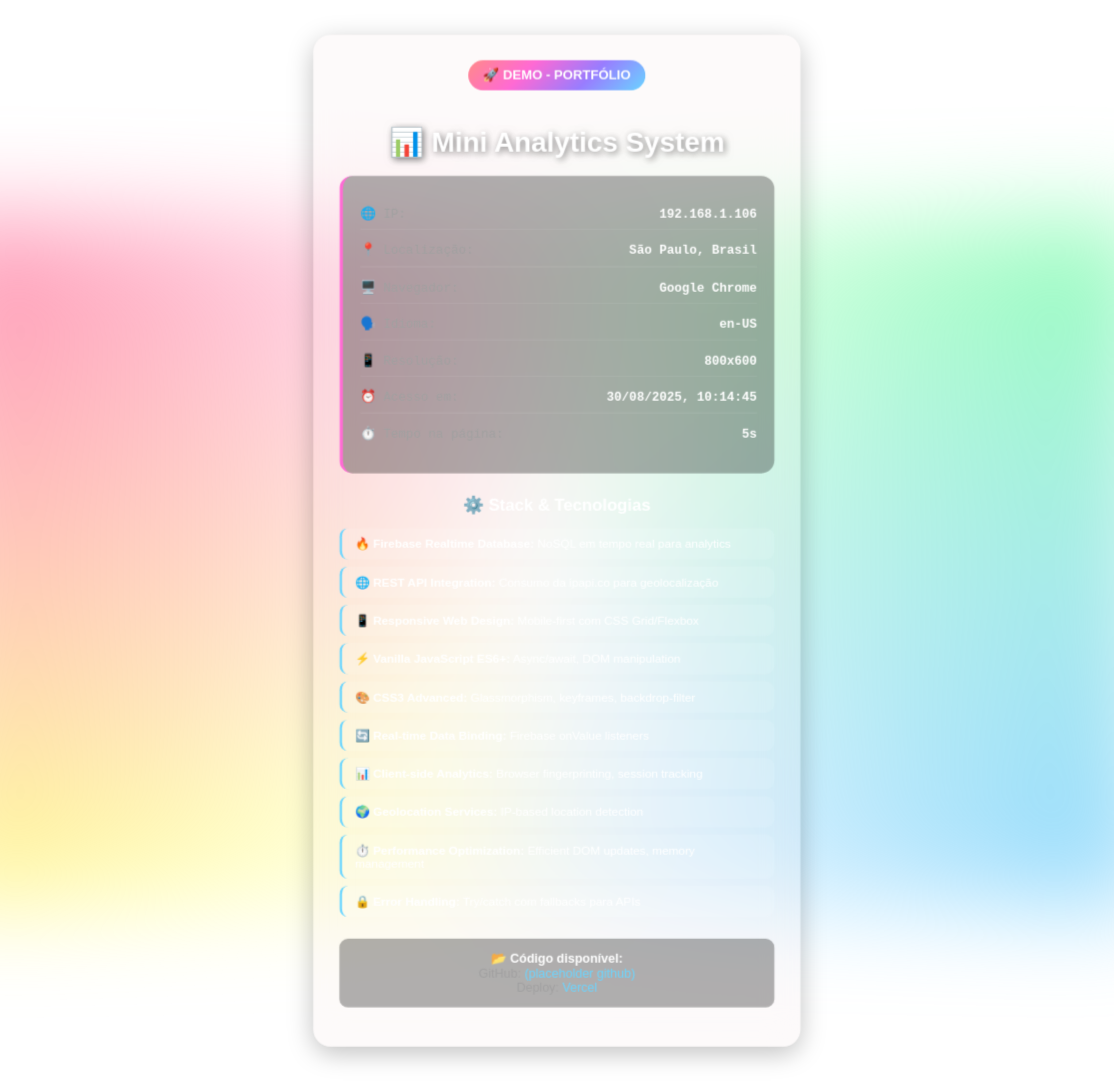
Repository: nardogod/mini-analytics
Page: mini.html
An editor plug-in stored every save of this project. The page is shown before and after the next save, followed by the edit.
The browser window is 1280 px wide. The pictures show the whole page, at 87% of full size.

Above is the page before, as saved 2025-08-30 10:44:01.

After the next save:
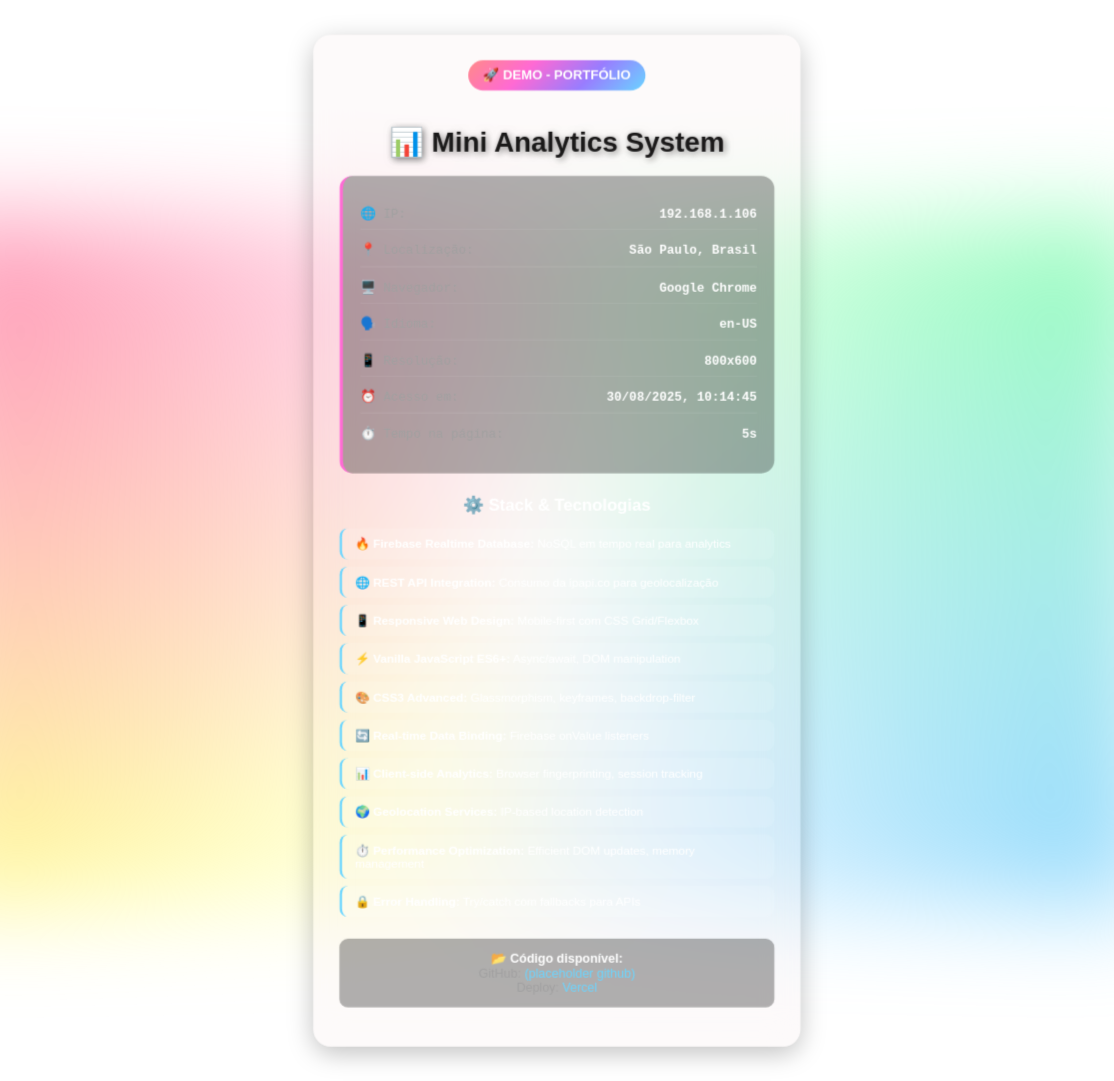
Saved 9 s later.
--- a/mini.html
+++ b/mini.html
@@ -74,7 +74,7 @@
       h1 {
         font-size: 2rem;
         margin-bottom: 20px;
-        color: #fff;
+        color: #1a1919;
         text-shadow: 2px 2px 8px rgba(0, 0, 0, 0.5);
       }
 
